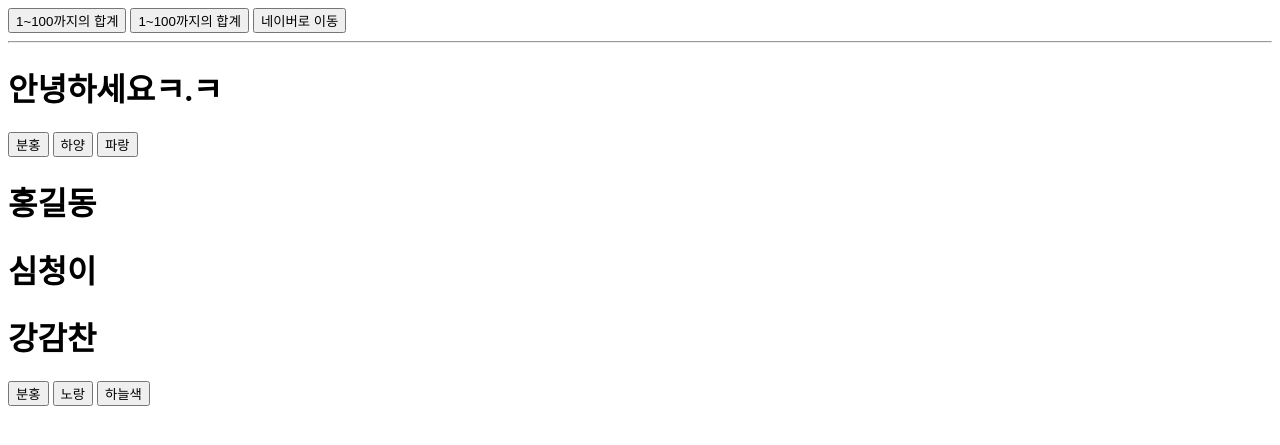
Repository: odasd/Ark-html
Page: 20200414/ex20200414/WebContent/ex02.html
An editor plug-in stored every save of this project. The page is shown before and after the next save, followed by the edit.
The browser window is 1280 px wide. The pictures show the whole page.
After loading, the first visible `button[onclick="funBack('pink');"]` was clicked once.

Above is the page before, as saved 2020-04-14 01:15:05.
Console error: TypeError: Cannot set properties of undefined (setting 'background')

After the next save:
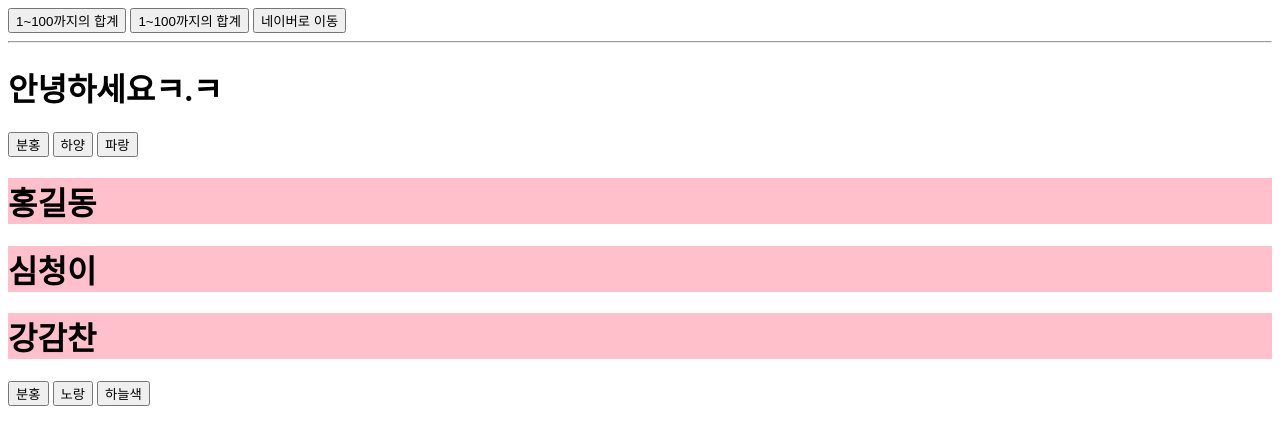
The error is gone.
Saved 2 min 29 s later.
--- a/20200414/ex20200414/WebContent/ex02.html
+++ b/20200414/ex20200414/WebContent/ex02.html
@@ -20,7 +20,10 @@
 
 	function funBack(back) {
 		var name=document.getElementsByClassName("name");
-		name.style.background=back;
+		for(i=0; i<name.length; i++) {
+			var n=name[i];
+			n.style.background = back;
+		}
 	}
 </script>
 </head>
